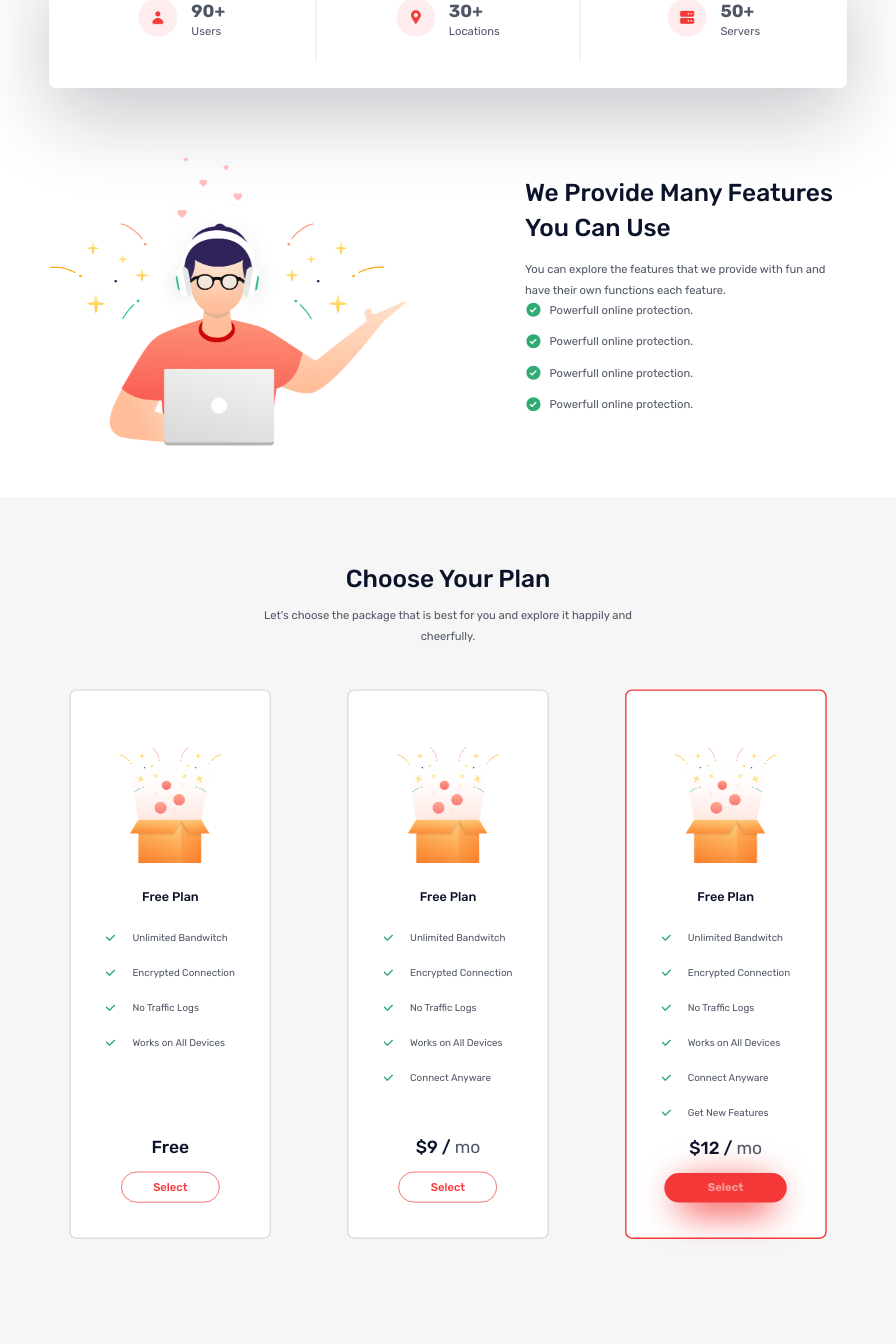
Repository: PhamTrungNguyen/LuyenTap
Page: LT_Figma/index.html
The author's editor kept a copy of each file at every save. The page is drawn from the files as they stood at one save, then again after the next save.
The browser window is 1280 px wide. The pictures show the part of the page from y = 677 to 2597 px (the page is 2597 px tall), at 70% of full size.
Some web libraries are served in a nearby version. The style sheet was rebuilt from its Sass, Less or Tailwind sources for each picture, by a compiler version that may differ from the author's.

Above is the page before, as saved 2021-12-08 22:55:17.
Console error: TypeError: Cannot read properties of null (reading 'addEventListener')

After the next save:
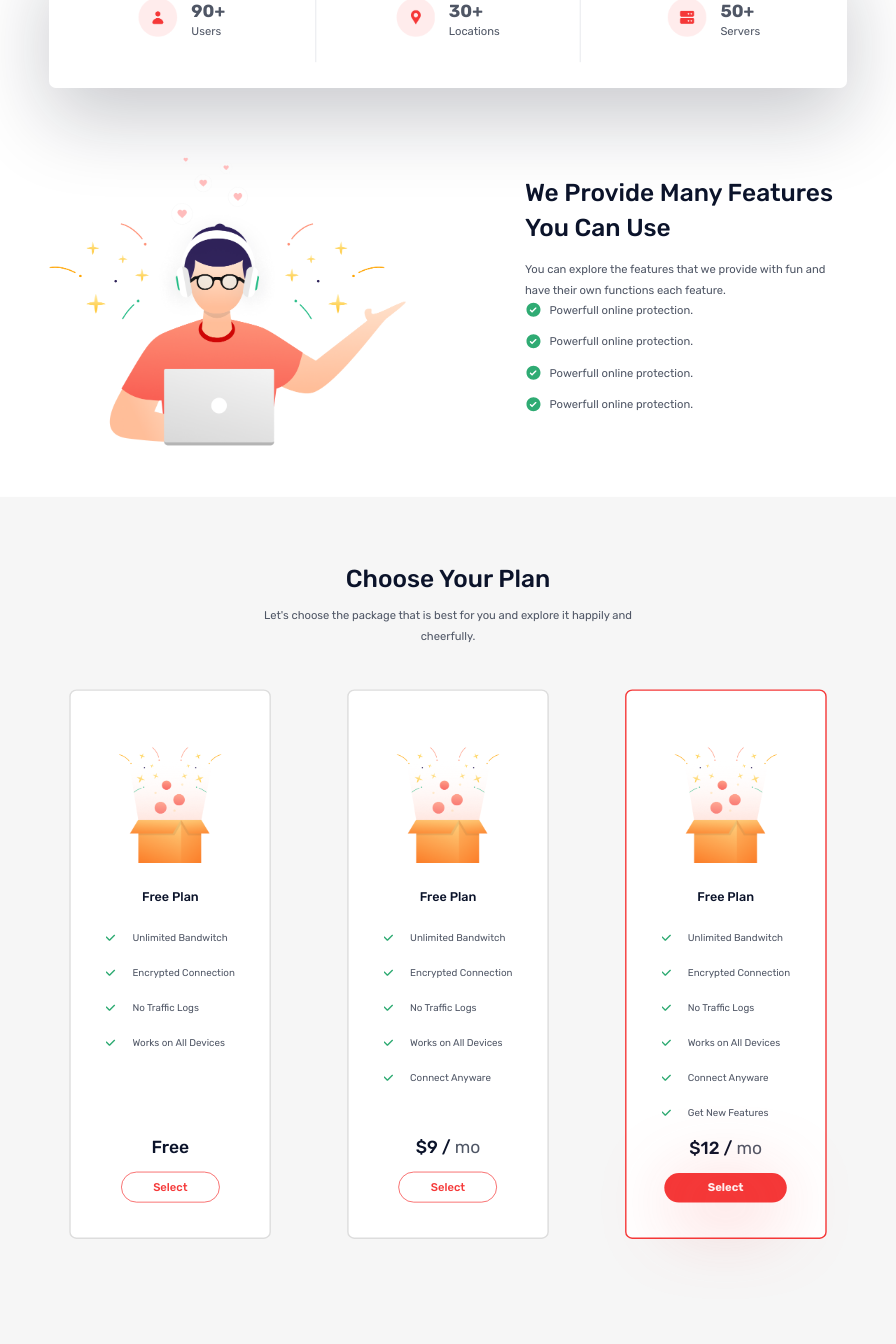
Saved 8 s later.
--- a/LT_Figma/sass/_global.scss
+++ b/LT_Figma/sass/_global.scss
@@ -81,16 +81,6 @@ button {
       background-color: rgba(245, 56, 56, 0.35);
       filter: blur(54px);
       border-radius: inherit;
-      content: "";
-      background: rgba(245, 56, 56, 0.979);
-      filter: blur(26px);
-      position: absolute;
-      top: 80%;
-      left: 50%;
-      transform: translate(-50%, -50%);
-      width: 80%;
-      height: 100%;
-      z-index: 1;
     }
   }
 }
